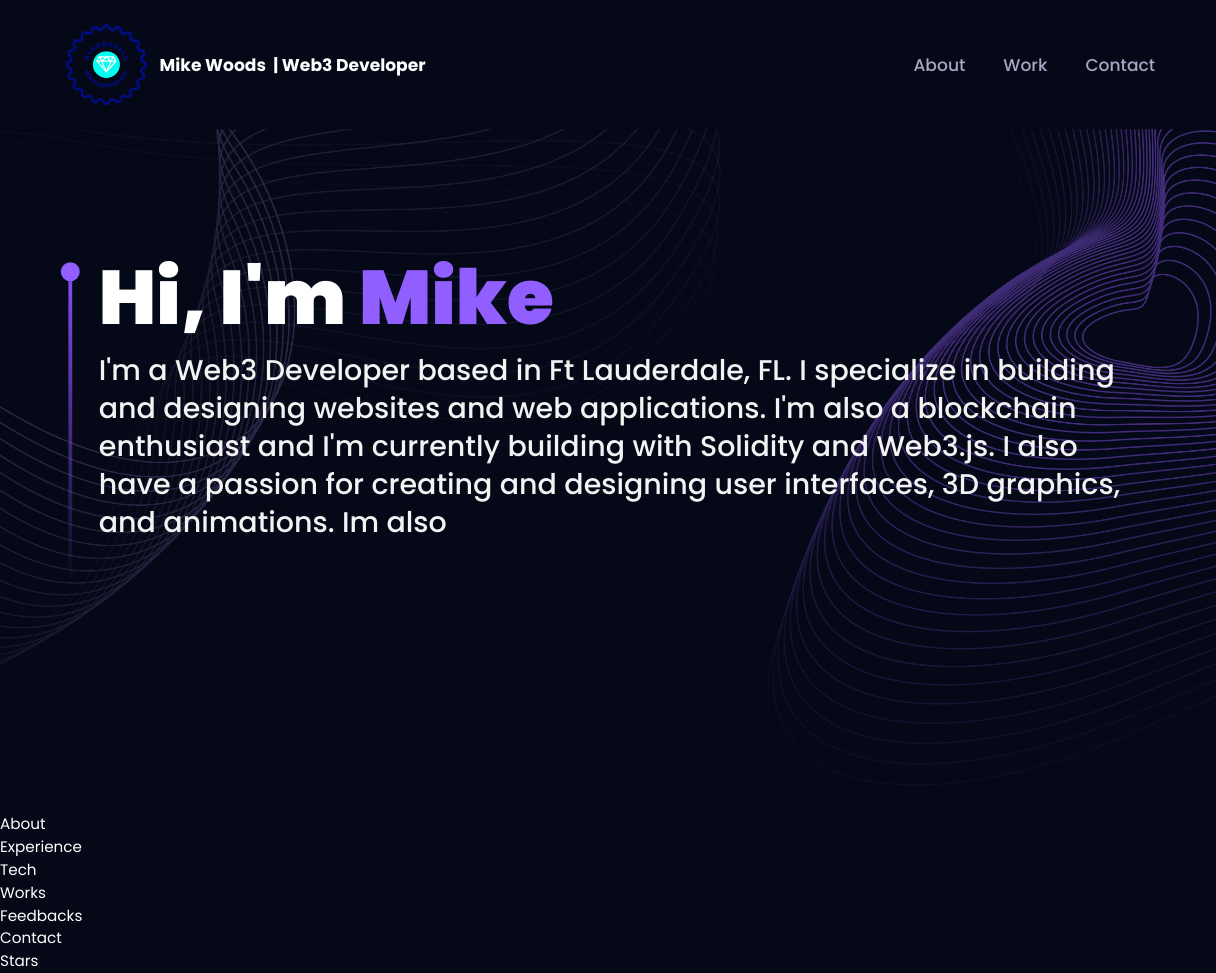
Repository: MikeeBuilds/3D-portfolio
Page: /
An editor plug-in stored every save of this project. The page is shown before and after a run of saves, followed by the edit.
The browser window is 1280 px wide. The pictures show the whole page, at 95% of full size.
The project was rebuilt for these pictures with package versions that can differ from the ones it lists, and the page was loaded fresh each time. Also part of the build but not shown: vite.config.js, src/components/canvas/Earth.jsx, src/components/canvas/Ball.jsx, src/components/canvas/Computers.jsx.

Above is the page before, as saved 2023-03-04 15:06:23.

### index.html
<!DOCTYPE html>
<html lang="en">
  <head>
    <meta charset="UTF-8" />
    <link rel="icon" type="image/svg+xml" href="/logo.svg" />
    <meta name="viewport" content="width=device-width, initial-scale=1.0" />
    <title>Algo Hussle Portfolio</title>
  </head>
  <body>
    <div id="root"></div>
    <script type="module" src="/src/main.jsx"></script>
  </body>
</html>

### src/App.jsx
import { BrowserRouter } from "react-router-dom";
import { About, Contact, Experience, Feedbacks,
Hero, Navbar, Tech, Works, StarsCanvas } from "./components";

const App = () => {
  return (
    <BrowserRouter>
      <div className="relative z-0 bg-primary">
        <div className="bg-hero-pattern bg-cover
        bg-no-repeat bg-center">
          <Navbar />
          <Hero />
        </div>
        <About />
        <Experience />
        <Tech />
        <Works />
        <Feedbacks />
        <div className="relative z-0">
          <Contact />
          <StarsCanvas />
        </div>
      </div>
    </BrowserRouter>
  )
};

export default App

### src/components/Hero.jsx
import React from 'react';
import { motion } from 'framer-motion';
import { styles } from '../styles';
import { ComputersCanvas } from './canvas';

const Hero = () => {
  return (
    <section className='relative w-full h-screen mx-auto'
    >
      <div className={`${styles.paddingX} absolute inset-0 top-[120px] max-w-7xl mx-auto flex flex-row items-start gap-5`}>
        <div className='flex flex-col items-center justify-center mt-5'>
          <div className='w-5 h-5 rounded-full bg-[#915eff]' />
          <div className='w-1 sm:h-80 h-40 violet-gradient' />
          </div>
          <div className=''>
            <h1 className={`${styles.heroHeadText} text-white`}>
              Hi, I'm <span className='text-[#915eff]'>Mike</span>
            </h1>
            <p className={`${styles.heroSubText} mt-2 text-white-100`}>
              I'm a Web3 Developer based in Ft Lauderdale, FL. I specialize in building and
                designing websites and web applications. I'm also a blockchain enthusiast and
                I'm currently building with Solidity and Web3.js. I also have a passion for
                creating and designing user interfaces, 3D graphics, and animations.
                Im also

            </p>
          </div>

      </div>
    </section>
  )
}

export default Hero

### src/components/Navbar.jsx
import React, { useEffect, useState} from 'react';
import { Link } from "react-router-dom";
import { styles } from '../styles';
import { navLinks } from "../constants";
import { logo, menu, close } from "../assets";

const Navbar = () => {
  const [active, setActive] = useState("");
  const [toggle, setToggle] = useState(false);

  return (
    <nav className={`${styles.paddingX} w-full flex items-center py-5 top-0 z-20 bg-primary`}
    >
      <div className="flex items-center justify-between w-full max-w-7xl mx-auto">
        <Link to="/"
              className='flex items-center gap-2 '
              onClick={() => {
                setActive("");
                window.scrollTo(0, 0);
              }}
              >
                <img
                  src={logo}
                  alt='logo'
                  className='w-24 h-24 object-contain'
                  />
                <p
                  className='text-white text-[18px] font-bold cursor-pointer flex'
                  >
                    Mike Woods &nbsp;
                    <span
                      className='sm:block hidden'
                      >
                        | Web3 Developer
                    </span>
                </p>
          </Link>
            <ul className='list-none hidden sm:flex flex-row gap-10'>
                {navLinks.map((link) => (
                    <li
                      key={link.id}
                      className={`${
                        active === link.title
                        ? "text-white"
                        : "text-secondary"
                      } hover:text-white text-[18px] font-medium cursor-pointer`}
                      onClick={() => setActive(link.title)}
                      >
                    <a href={`#${link.id}`}> {link.title}</a>
                    </li>

                ))}
            </ul>
            <div className='sm:hidden flex flex-1 justify-end items-center'>
              <img src={toggle ? close : menu }
                    alt="menu"
                    className='w-[28px] h-[28px] object-contain cursor-pointer'
                    onClick={() => setToggle(!toggle)}
              />
              <div className={`${!toggle ? 'hidden'
              : 'flex'} p-6 black-gradient absolute top-20 right-0 mx-4 my-2 min-w-[140px] z-10
              rounded-xl`}>

              <ul className='list-none flex justify-end items-start flex-col gap-4'>
                {navLinks.map((link) => (
                    <li
                      key={link.id}
                      className={`${
                        active === link.title
                        ? "text-white"
                        : "text-secondary"
                      } font-poppins font-medium cursor-pointer text-[16px]`}
                      onClick={() => {
                        setToggle(!toggle);
                        setActive(link.title);
                      }}
                      >
                    <a href={`#${link.id}`}> {link.title}</a>
                    </li>

                ))}
            </ul>
              </div>

            </div>
        </div>
      </nav>
  )
}

export default Navbar

### src/constants/index.js
import {
    mobile,
    backend,
    creator,
    web,
    javascript,
    typescript,
    html,
    css,
    reactjs,
    redux,
    tailwind,
    nodejs,
    mongodb,
    git,
    figma,
    docker,
    meta,
    starbucks,
    tesla,
    shopify,
    carrent,
    jobit,
    tripguide,
    threejs,
  } from "../assets";

  export const navLinks = [
    {
      id: "about",
      title: "About",
    },
    {
      id: "work",
      title: "Work",
    },
    {
      id: "contact",
      title: "Contact",
    },
  ];

  const services = [
    {
      title: "Web Developer",
      icon: web,
    },
    {
      title: "React Native Developer",
      icon: mobile,
    },
    {
      title: "Backend Developer",
      icon: backend,
    },
    {
      title: "Content Creator",
      icon: creator,
    },
  ];

  const technologies = [
    {
      name: "HTML 5",
      icon: html,
    },
    {
      name: "CSS 3",
      icon: css,
    },
    {
      name: "JavaScript",
      icon: javascript,
    },
    {
      name: "TypeScript",
      icon: typescript,
    },
    {
      name: "React JS",
      icon: reactjs,
    },
    {
      name: "Redux Toolkit",
      icon: redux,
    },
    {
      name: "Tailwind CSS",
      icon: tailwind,
    },
    {
      name: "Node JS",
      icon: nodejs,
    },
    {
      name: "MongoDB",
      icon: mongodb,
    },
    {
      name: "Three JS",
      icon: threejs,
    },
    {
      name: "git",
      icon: git,
    },
    {
      name: "figma",
      icon: figma,
    },
    {
      name: "docker",
      icon: docker,
    },
  ];

  const experiences = [
    {
      title: "React.js Developer",
      company_name: "Starbucks",
      icon: starbucks,
      iconBg: "#383E56",
      date: "March 2020 - April 2021",
      points: [
        "Developing and maintaining web applications using React.js and other related technologies.",
        "Collaborating with cross-functional teams including designers, product managers, and other developers to create high-quality products.",
        "Implementing responsive design and ensuring cross-browser compatibility.",
        "Participating in code reviews and providing constructive feedback to other developers.",
      ],
    },
    {
      title: "React Native Developer",
      company_name: "Tesla",
      icon: tesla,
      iconBg: "#E6DEDD",
      date: "Jan 2021 - Feb 2022",
      points: [
        "Developing and maintaining web applications using React.js and other related technologies.",
        "Collaborating with cross-functional teams including designers, product managers, and other developers to create high-quality products.",
        "Implementing responsive design and ensuring cross-browser compatibility.",
        "Participating in code reviews and providing constructive feedback to other developers.",
      ],
    },
    {
      title: "Web Developer",
      company_name: "Shopify",
      icon: shopify,
      iconBg: "#383E56",
      date: "Jan 2022 - Jan 2023",
      points: [
        "Developing and maintaining web applications using React.js and other related technologies.",
        "Collaborating with cross-functional teams including designers, product managers, and other developers to create high-quality products.",
        "Implementing responsive design and ensuring cross-browser compatibility.",
        "Participating in code reviews and providing constructive feedback to other developers.",
      ],
    },
    {
      title: "Full stack Developer",
      company_name: "Meta",
      icon: meta,
      iconBg: "#E6DEDD",
      date: "Jan 2023 - Present",
      points: [
        "Developing and maintaining web applications using React.js and other related technologies.",
        "Collaborating with cross-functional teams including designers, product managers, and other developers to create high-quality products.",
        "Implementing responsive design and ensuring cross-browser compatibility.",
        "Participating in code reviews and providing constructive feedback to other developers.",
      ],
    },
  ];

  const testimonials = [
    {
      testimonial:
        "I thought it was impossible to make a website as beautiful as our product, but Rick proved me wrong.",
      name: "Sara Lee",
      designation: "CFO",
      company: "Acme Co",
      image: "https://randomuser.me/api/portraits/women/4.jpg",
    },
    {
      testimonial:
        "I've never met a web developer who truly cares about their clients' success like Rick does.",
      name: "Chris Brown",
      designation: "COO",
      company: "DEF Corp",
      image: "https://randomuser.me/api/portraits/men/5.jpg",
    },
    {
      testimonial:
        "After Rick optimized our website, our traffic increased by 50%. We can't thank them enough!",
      name: "Lisa Wang",
      designation: "CTO",
      company: "456 Enterprises",
      image: "https://randomuser.me/api/portraits/women/6.jpg",
    },
  ];

  const projects = [
    {
      name: "Car Rent",
      description:
        "Web-based platform that allows users to search, book, and manage car rentals from various providers, providing a convenient and efficient solution for transportation needs.",
      tags: [
        {
          name: "react",
          color: "blue-text-gradient",
        },
        {
          name: "mongodb",
          color: "green-text-gradient",
        },
        {
          name: "tailwind",
          color: "pink-text-gradient",
        },
      ],
      image: carrent,
      source_code_link: "https://github.com/",
    },
    {
      name: "Job IT",
      description:
        "Web application that enables users to search for job openings, view estimated salary ranges for positions, and locate available jobs based on their current location.",
      tags: [
        {
          name: "react",
          color: "blue-text-gradient",
        },
        {
          name: "restapi",
          color: "green-text-gradient",
        },
        {
          name: "scss",
          color: "pink-text-gradient",
        },
      ],
      image: jobit,
      source_code_link: "https://github.com/",
    },
    {
      name: "Trip Guide",
      description:
        "A comprehensive travel booking platform that allows users to book flights, hotels, and rental cars, and offers curated recommendations for popular destinations.",
      tags: [
        {
          name: "nextjs",
          color: "blue-text-gradient",
        },
        {
          name: "supabase",
          color: "green-text-gradient",
        },
        {
          name: "css",
          color: "pink-text-gradient",
        },
      ],
      image: tripguide,
      source_code_link: "https://github.com/",
    },
  ];

  export { services, technologies, experiences, testimonials, projects };

### src/assets/index.js
import logo from "./logo.svg";
import backend from "./backend.png";
import creator from "./creator.png";
import mobile from "./mobile.png";
import web from "./web.png";
import github from "./github.png";
import menu from "./menu.svg";
import close from "./close.svg";

import css from "./tech/css.png";
import docker from "./tech/docker.png";
import figma from "./tech/figma.png";
import git from "./tech/git.png";
import html from "./tech/html.png";
import javascript from "./tech/javascript.png";
import mongodb from "./tech/mongodb.png";
import nodejs from "./tech/nodejs.png";
import reactjs from "./tech/reactjs.png";
import redux from "./tech/redux.png";
import tailwind from "./tech/tailwind.png";
import typescript from "./tech/typescript.png";
import threejs from "./tech/threejs.svg";

import meta from "./company/meta.png";
import shopify from "./company/shopify.png";
import starbucks from "./company/starbucks.png";
import tesla from "./company/tesla.png";

import carrent from "./carrent.png";
import jobit from "./jobit.png";
import tripguide from "./tripguide.png";

export {
  logo,
  backend,
  creator,
  mobile,
  web,
  github,
  menu,
  close,
  css,
  docker,
  figma,
  git,
  html,
  javascript,
  mongodb,
  nodejs,
  reactjs,
  redux,
  tailwind,
  typescript,
  threejs,
  meta,
  shopify,
  starbucks,
  tesla,
  carrent,
  jobit,
  tripguide,
};

### tailwind.config.cjs

/** @type {import('tailwindcss').Config} */
module.exports = {
  content: ["./src/**/*.{js,jsx}"],
  mode: "jit",
  theme: {
    extend: {
      colors: {
        primary: "#050816",
        secondary: "#aaa6c3",
        tertiary: "#151030",
        "black-100": "#100d25",
        "black-200": "#090325",
        "white-100": "#f3f3f3",
      },
      boxShadow: {
        card: "0px 35px 120px -15px #211e35",
      },
      screens: {
        xs: "450px",
      },
      backgroundImage: {
        "hero-pattern": "url('/src/assets/herobg.png')",
      },
    },
  },
  plugins: [],
};

Loaded but not shown: src/main.jsx (common file); src/index.css (common file); src/components/index.js (common file); src/components/canvas/index.js (common file); src/components/About.jsx (common file); src/components/Tech.jsx (common file); src/components/Experience.jsx (common file); src/components/Works.jsx (common file); src/components/Feedbacks.jsx (common file); src/components/Contact.jsx (common file); src/components/canvas/Stars.jsx (common file); src/styles.js (common file)

After the next 3 saves:
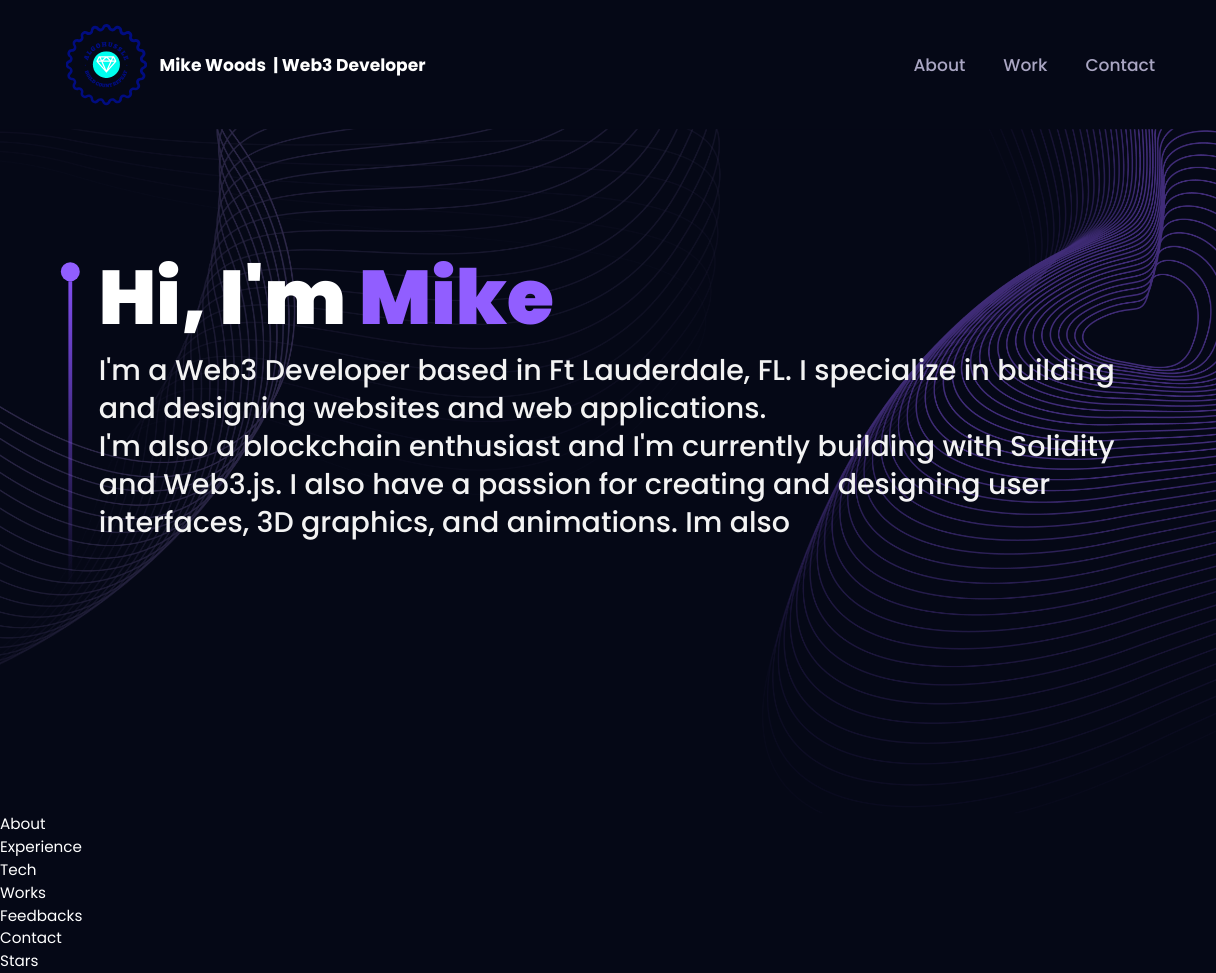
The 3 saves are shown as one change because they came seconds apart.
The last was saved 31 s later.
--- a/src/components/Hero.jsx
+++ b/src/components/Hero.jsx
@@ -18,7 +18,7 @@ const Hero = () => {
             </h1>
             <p className={`${styles.heroSubText} mt-2 text-white-100`}>
               I'm a Web3 Developer based in Ft Lauderdale, FL. I specialize in building and
-                designing websites and web applications. I'm also a blockchain enthusiast and
+                designing websites and web applications. <br /> I'm also a blockchain enthusiast and
                 I'm currently building with Solidity and Web3.js. I also have a passion for
                 creating and designing user interfaces, 3D graphics, and animations.
                 Im also
